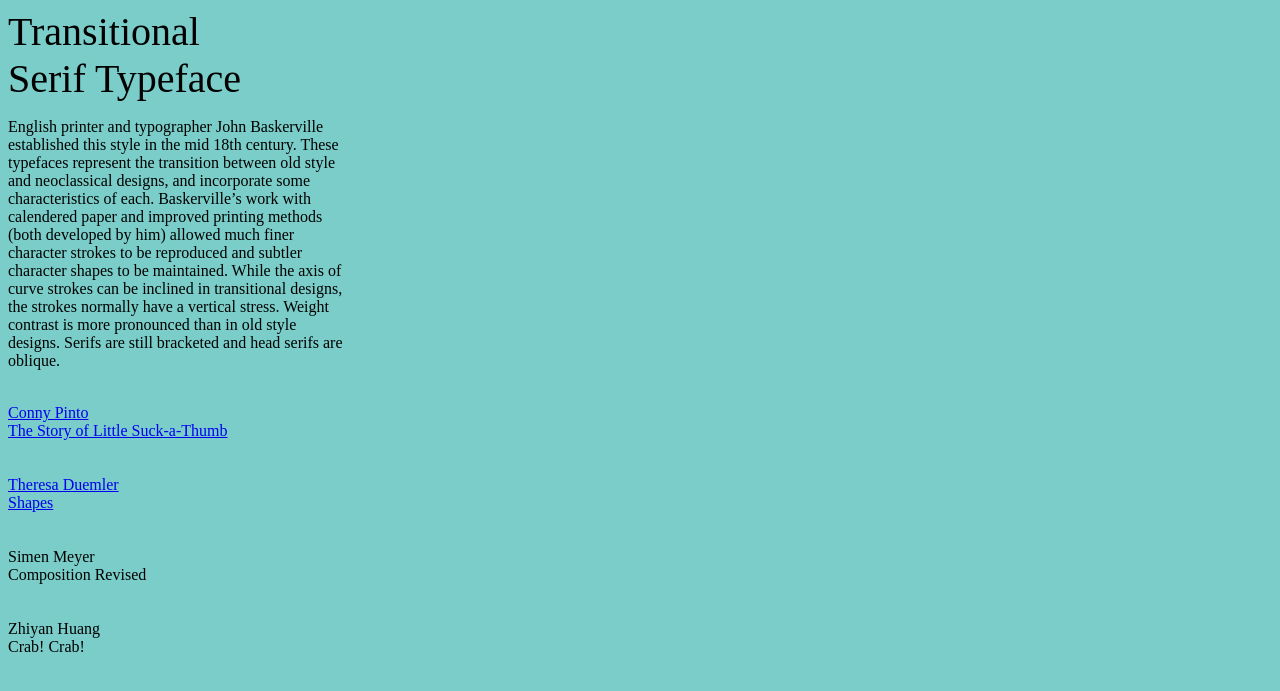
Repository: diasm568/diasm568.github.io
Page: lab/archive/transitional.html
The author's editor kept a record of every edit. The page is drawn from the files as they stood at one moment, then again after the next edit.
The browser window is 1280 px wide. The pictures show the whole page.

Above is the page before.

### lab/archive/transitional.html
<!DOCTYPE html>

<title>Composition Archive</title>

<link rel="stylesheet" type="text/css" href="css/page2.css" />

<p1>Transitional</p1>
<br>
<p2>Serif Typeface</p2>
<p style="width:340px;">English printer and typographer John Baskerville established this style in the mid 18th century. These typefaces represent the transition between old style and neoclassical designs, and incorporate some characteristics of each. Baskerville’s work with calendered paper and improved printing methods (both developed by him) allowed much finer character strokes to be reproduced and subtler character shapes to be maintained. While the axis of curve strokes can be inclined in transitional designs, the strokes normally have a vertical stress. Weight contrast is more pronounced than in old style designs. Serifs are still bracketed and head serifs are oblique.</p>

<body>
<a href="http://connypinto.github.io/lab/composition2/composition2.html"><br>
Conny Pinto
<br>The Story of Little Suck-a-Thumb</a>
<br>
<br>
<br>
<a href="http://duemt384.github.io/composition1/composition1.html">Theresa Duemler<br>
Shapes
<br></a>
<br>
<br>
Simen Meyer
<br>
Composition Revised
<br>
<br>
<br>
Zhiyan Huang
<br>
Crab! Crab!
<br>
</body>

### lab/archive/css/page2.css
body {
    background-color: #7acdc8;
}

p1 {
    font-family: bebasNeueBold;
    font-size: 40px;
}

p2 {
    font-family: bebasNeueRegular;
    font-size: 40px;
}

p {
    font-family: roboto-light;
}

body {
    font-family:roboto-light;
}

After the next edit:
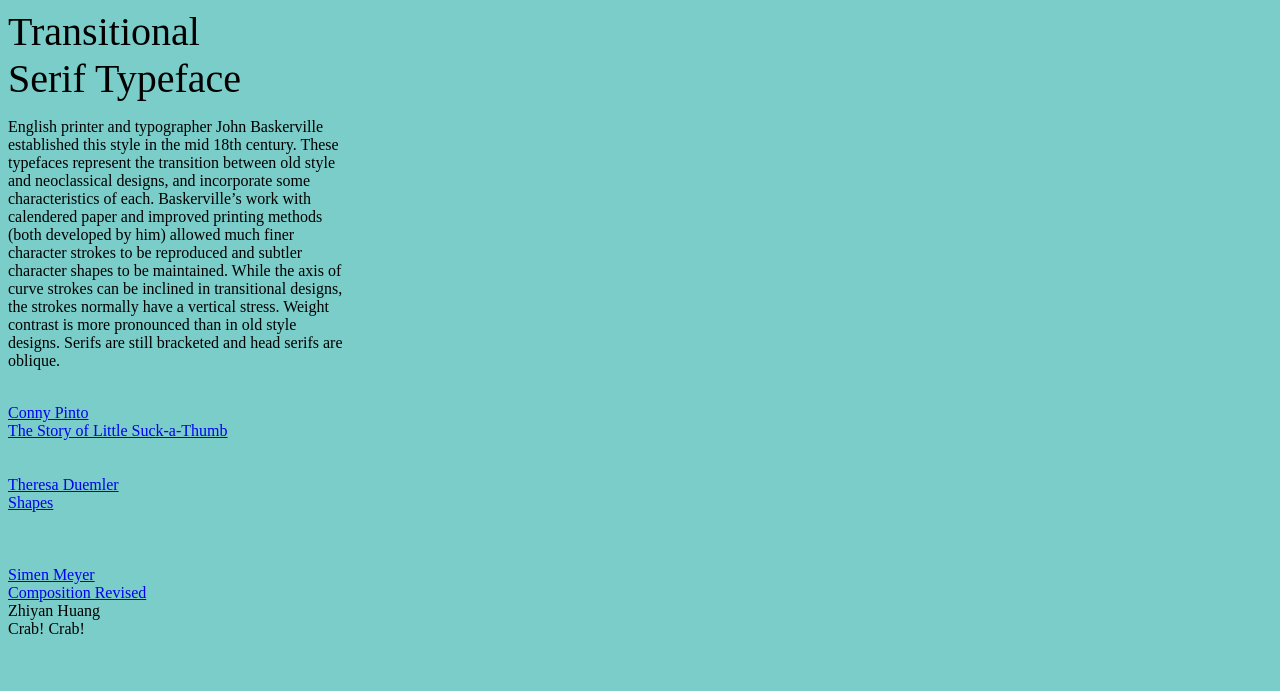
The edit:
--- a/lab/archive/transitional.html
+++ b/lab/archive/transitional.html
@@ -21,11 +21,9 @@
 <br></a>
 <br>
 <br>
+<a href="http://connypinto.github.io/lab/composition2/composition2.html"><br>
 Simen Meyer
-<br>
-Composition Revised
-<br>
-<br>
+<br>Composition Revised</a>
 <br>
 Zhiyan Huang
 <br>
